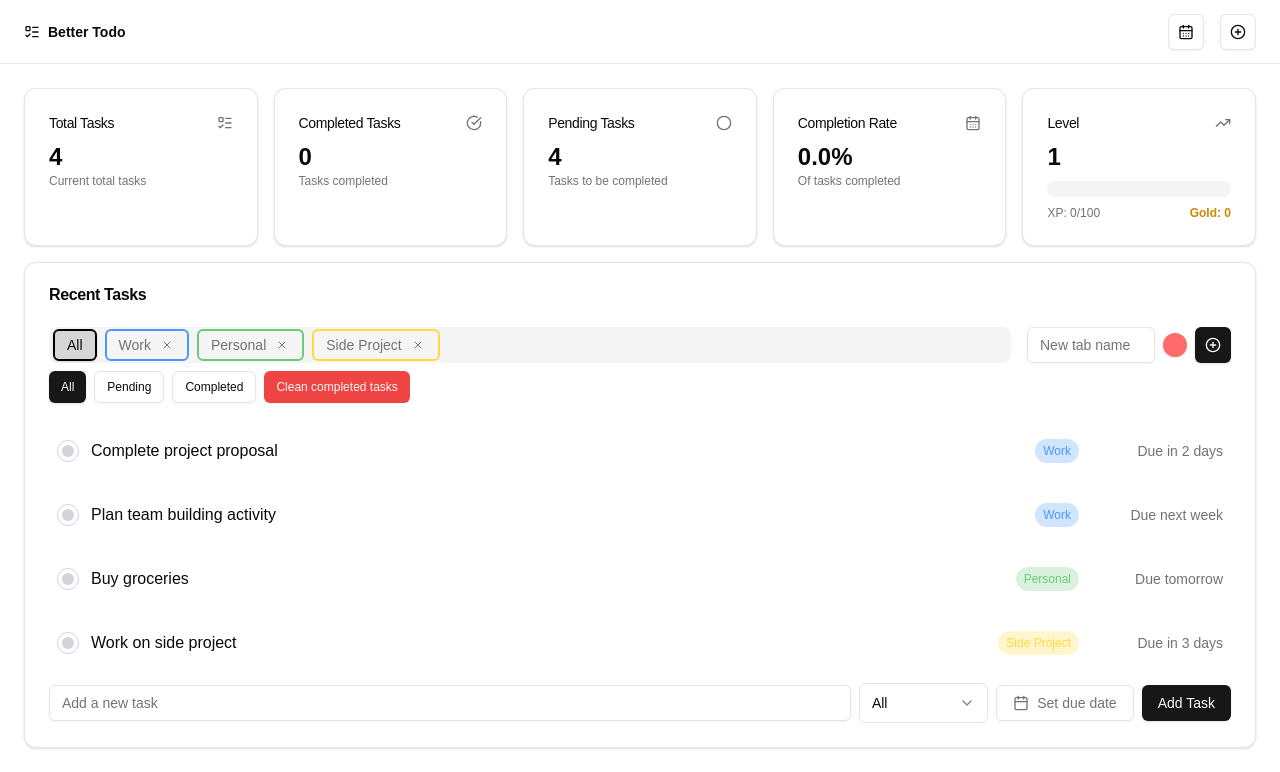
Repository: malikbarbier7/better-todo
Page: /dashboard
The author's editor kept a copy of each file at every save. The page is drawn from the files as they stood at one save, then again after the next save.
The browser window is 1280 px wide. The pictures show the whole page.
The project was rebuilt for these pictures with package versions that can differ from the ones it lists, and the page was loaded fresh each time. The framework's server and built-in components were replaced by stand-ins that run in the browser. Also part of the build but not shown: next.config.js, next.config.mjs, components/ui/calendar.tsx.

Above is the page before, as saved 2024-10-04 14:53:41.

After the next save:
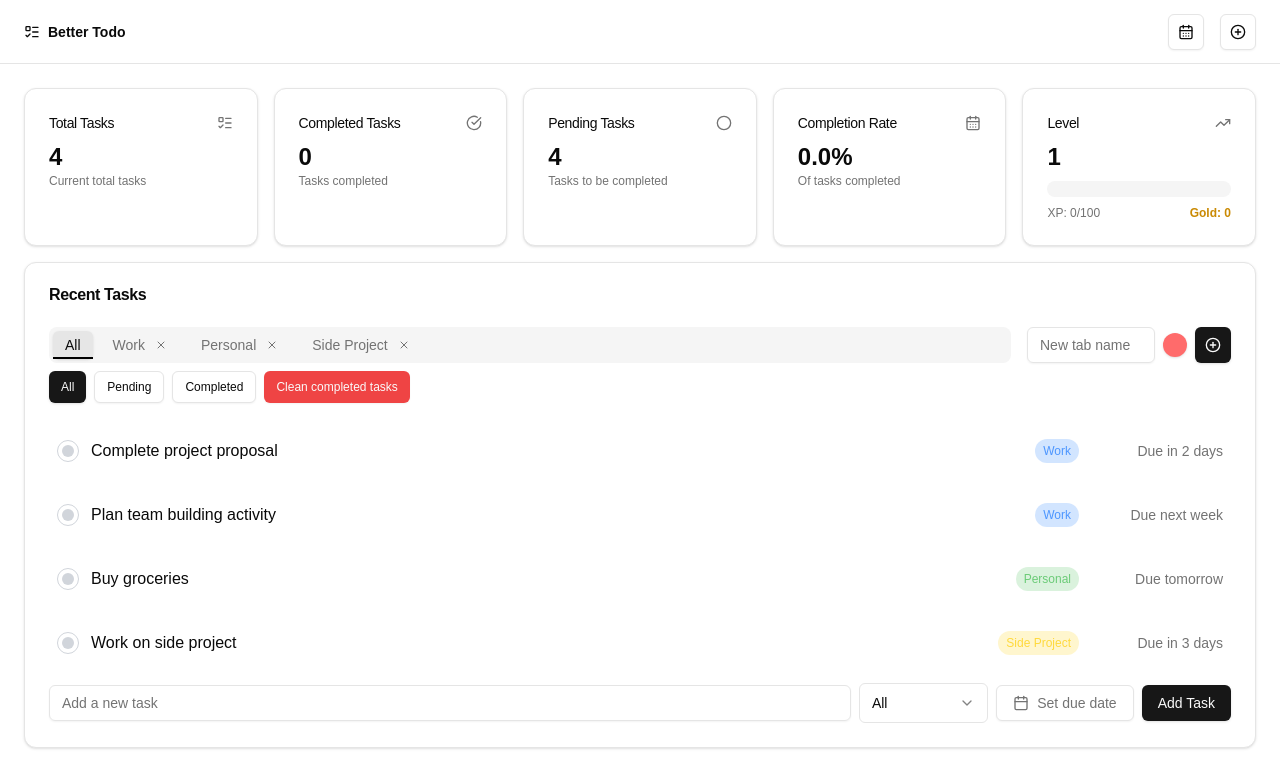
Saved 2 min 13 s later.
--- a/components/dashboard.tsx
+++ b/components/dashboard.tsx
@@ -350,10 +350,9 @@ export function Dashboard() {
                         <TabsTrigger
                           key={tab.name}
                           value={tab.name}
-                          className="flex items-center border-2 mx-1 first:ml-0 last:mr-0"
+                          className="flex items-center mx-1 first:ml-0 last:mr-0 relative"
                           style={{
-                            borderColor: tab.color,
-                            backgroundColor: activeTab === tab.name ? `${tab.color}20` : 'transparent'
+                            backgroundColor: activeTab === tab.name ? `${tab.color}10` : 'transparent'
                           }}
                           onClick={() => setSelectedTab(tab.name)}
                         >
@@ -371,6 +370,14 @@ export function Dashboard() {
                               <X className="h-3 w-3" />
                             </Button>
                           )}
+                          <div
+                            className="absolute bottom-0 left-0 right-0 h-0.5 transition-all duration-300 ease-in-out"
+                            style={{
+                              backgroundColor: tab.color,
+                              opacity: activeTab === tab.name ? 1 : 0,
+                              transform: `scaleX(${activeTab === tab.name ? 1 : 0})`
+                            }}
+                          />
                         </TabsTrigger>
                       ))}
                     </TabsList>
